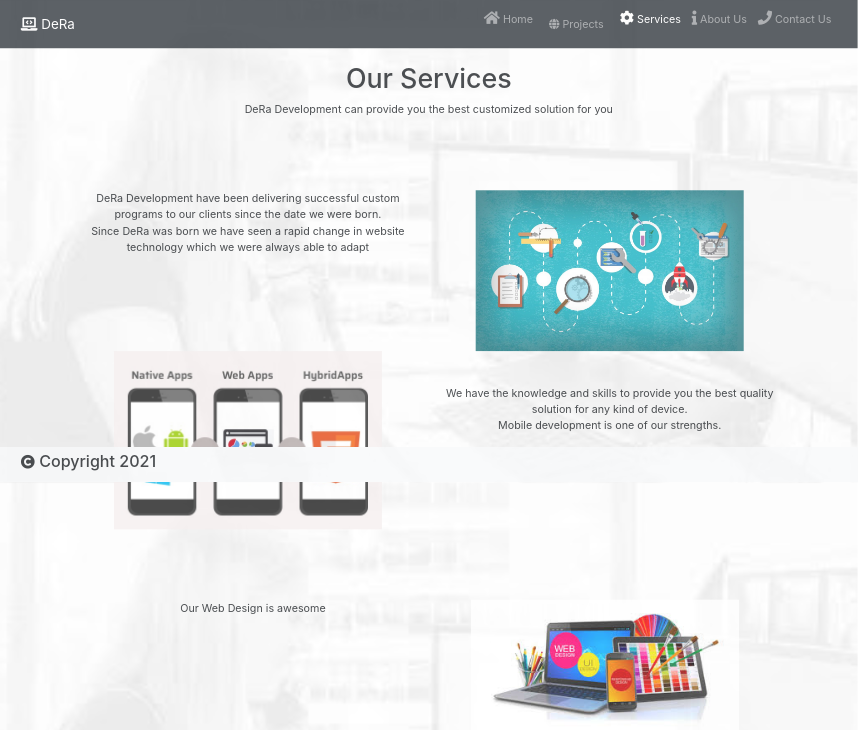
Repository: deividwsantoss/web6201-Lab1
Page: services.html
An editor plug-in stored every save of this project. The page is shown before and after the next save, followed by the edit.
The browser window is 1280 px wide. The pictures show the whole page, at 67% of full size.

Above is the page before, as saved 2021-02-04 12:08:32.
Console error: TypeError: Cannot set properties of null (setting 'innerHTML')

After the next save:
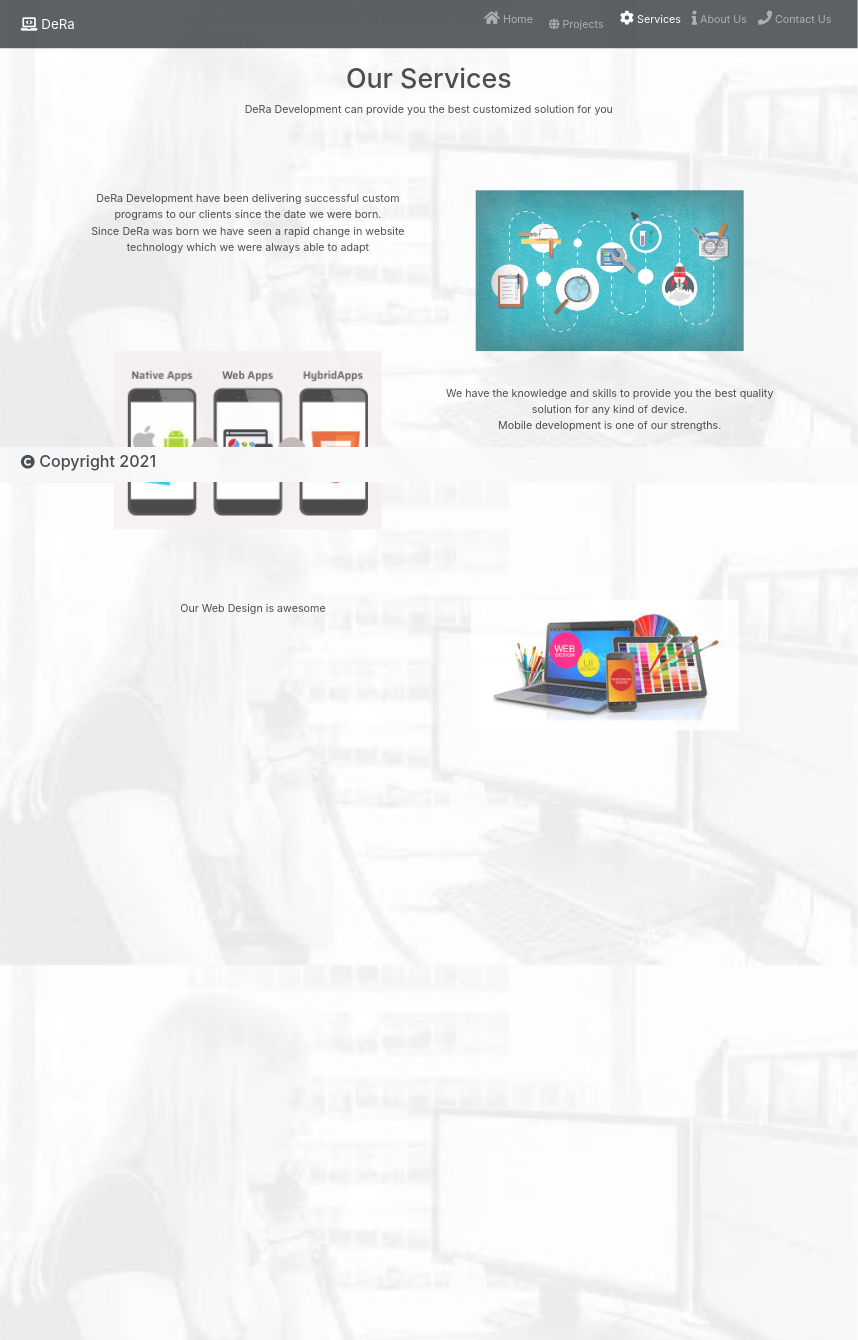
Saved 13 s later.
--- a/Content/app.css
+++ b/Content/app.css
@@ -2,7 +2,7 @@
 
 body,html{
     height: 100%;
-    margin-bottom: 10%;
+    margin-bottom: 100%;
 }
 .bg{
     background-image: url("Background-White.jpg");
